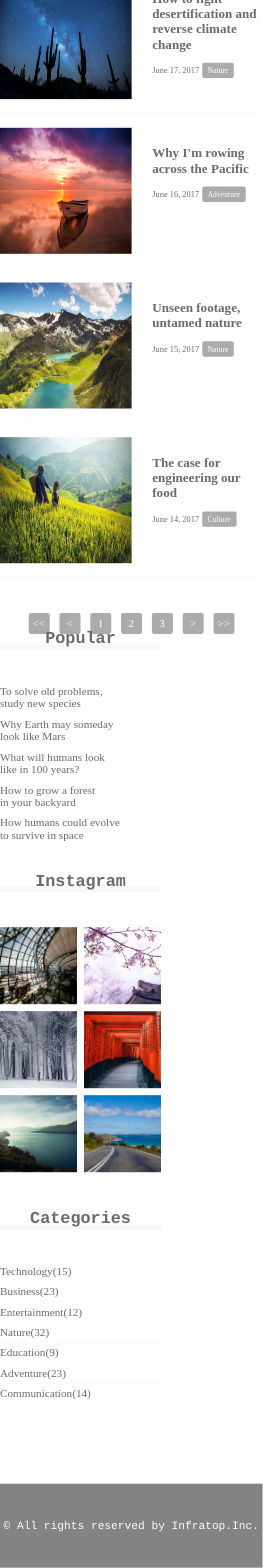
Repository: momopomi/htmlcss
Page: caravan/index.html
The author's editor kept a record of every edit. The page is drawn from the files as they stood at one moment, then again after the next edit.
The browser window is 375 px wide. The pictures show the part of the page from y = 861 to 3101 px (the page is 3101 px tall before and 3001 px after), at 70% of full size.
Some web libraries are served in a nearby version.

Above is the page before.

### caravan/index.html
<!DOCTYPE html>
<html lang="ja">
  <head>
    <meta charset="UTF-8" />
    <script src="https://kit.fontawesome.com/fdb695ff91.js" crossorigin="anonymous"></script>
    <!-- CSSファイルの読み込み -->
    <link rel="stylesheet" href="style.css" />
    <title>CARAVAN</title>
  </head>

  <body>
    <!-- header -->
    <header>
      <h1 class="heading">
        <a href="index.html">CARAVAN</a>
      </h1>
      <div class="social">
        <i class="fab fa-facebook-square"></i>
        <i class="fab fa-twitter-square"></i>
        <i class="fab fa-instagram"></i>
      </div>
    </header>

    <!-- navigation -->
    <nav>
      <ul class="nav-list">
        <li class="nav-list-item">
          <a href="index.html">Home</a>
        </li>
        <li class="nav-list-item">About</li>
        <li class="nav-list-item">Topic</li>
      </ul>
    </nav>

    <!-- main-visual用のdiv -->
    <div class="main-visual">
      <div class="main-visual-content">
        <p class="main-visual-text">
          The world is a book<br />
          and those who do not travel<br />
          read only one page.
        </p>
        <p class="main-visual-name">
          St. Augustine
        </p>
      </div>
    </div>

    <!-- main用のdiv -->
    <main>
      <section class="blog">
        <h2 class="blog-heading">Recent Blogs</h2>
        <div class="blog-box">
          <div class="blog-item">
            <img class="blog-image" src="img/forest.jpg" />
            <section class="blog-text">
              <h3 class="blog-text-heading">
                <a href="single.html">
                  Hopeful lessons from<br />
                  the battle to save<br />
                  rainforests
                </a>
              </h3>
              <p class="blog-date">June 19, 2017</p>
              <span class="category">Nature</span>
            </section>
          </div>
          <div class="blog-item">
            <img class="blog-image" src="img/desert.jpg" />
            <section class="blog-text">
              <h3 class="blog-text-heading">
                <a href="single.html">
                  How to fight<br />
                  desertification and<br />
                  reverse climate change
                </a>
              </h3>
              <p class="blog-date">June 17, 2017</p>
              <span class="category">Nature</span>
            </section>
          </div>
          <div class="blog-item">
            <img class="blog-image" src="img/sunset.jpg" />
            <section class="blog-text">
              <h3 class="blog-text-heading">
                <a href="single.html">
                  Why I'm rowing<br />
                  across the Pacific
                </a>
              </h3>
              <p class="blog-date">June 16, 2017</p>
              <span class="category">Adventure</span>
            </section>
          </div>
          <div class="blog-item">
            <img class="blog-image" src="img/italy.jpg" />
            <section class="blog-text">
              <h3 class="blog-text-heading">
                <a href="single.html">
                  Unseen footage,<br />
                  untamed nature
                </a>
              </h3>
              <p class="blog-date">June 15, 2017</p>
              <span class="category">Nature</span>
            </section>
          </div>
          <div class="blog-item">
            <img class="blog-image" src="img/asia.jpg" />
            <section class="blog-text">
              <h3 class="blog-text-heading">
                <a href="single.html">
                  The case for<br />
                  engineering our food
                </a>
              </h3>
              <p class="blog-date">June 14, 2017</p>
              <span class="category">Culture</span>
            </section>
          </div>
        </div>
        <div class="pagination">
          <p><<</p>
          <p><</p>
          <p>1</p>
          <p>2</p>
          <p>3</p>
          <p>></p>
          <p>>></p>
        </div>
      </section>
      <div class="sidebar">
        <section class="popular">
          <h2 class="popular-heading common-heading">Popular</h2>
          <div class="sidebar-contents">
            <p class="popular-text">
              To solve old problems,<br />study new species
            </p>
            <p class="popular-text">
              Why Earth may someday<br />look like Mars
            </p>
            <p class="popular-text">
              What will humans look<br />like in 100 years?
            </p>
            <p class="popular-text">
              How to grow a forest<br />in your backyard
            </p>
            <p class="popular-text">
              How humans could evolve<br />to survive in space
            </p>
          </div>
        </section>
        <section class="instagram">
          <h2 class="instagram-heading common-heading">Instagram</h2>
          <div class="sidebar-contents">
            <div class="instagram-box"></div>
            <div class="instagram-box"></div>
            <div class="instagram-box"></div>
            <div class="instagram-box"></div>
            <div class="instagram-box"></div>
            <div class="instagram-box"></div>
          </div>
        </section>
        <section class="categories">
          <h2 class="categories-heading common-heading">Categories</h2>
          <div class="sidebar-contents">
            <p class="categories-text">Technology(15)</p>
            <p class="categories-text">Business(23)</p>
            <p class="categories-text">Entertainment(12)</p>
            <p class="categories-text">Nature(32)</p>
            <p class="categories-text">Education(9)</p>
            <p class="categories-text">Adventure(23)</p>
            <p class="categories-text">Communication(14)</p>
          </div>
        </section>
      </div>
    </main>

    <!-- footer -->
    <footer>
      <p class="footer-text">© All rights reserved by Infratop.Inc.</p>
    </footer>
  </body>
</html>

### caravan/style.css
/* ブラウザがそれぞれ持っているCSSをリセットするための記述 */
* {
  margin: 0;
  padding: 0;
  box-sizing: border-box;
  color: #6c6b6b;
}

a {
  text-decoration: none;
}

header, nav, h2, .main-visual, footer {
  font-family: Chalkduster, "Bradley Hand", Courier, "Segoe Print", sans-serif;
}

header {
  width: 90%; /* 横幅90% */
  padding: 15px 0;
  margin: 0 auto;
  text-align: center;
  position: relative;
}

.social {
  position: absolute; /* headerの左上を基準に絶対位置で指定する */
  top: 22px; /* headerの左上から22px下側へ移動する */
  right: 22px; /* headerの右上から22px左側へ移動する */
}

.social i {
  display: inline-block;
  margin-left: 20px;
}

header .heading {
  /* headerタグ内のheadingクラスにのみ反映される */
  font-size: 32px;
}

.nav-list {
  text-align: center;
  padding: 10px 0;
  margin: 0 auto;
}

.nav-list-item {
  list-style: none;
  display: inline-block;
  margin: 0 20px;
}

.main-visual {
  width: 100%; /* 横幅いっぱい */
  height: 300px; /* 高さ300px */
  background-image: url(img/mv.jpg);
  background-size: cover; /* 縦横比を維持したまま背景領域を埋め尽くす */
  background-position: center; /* 背景画像を中央に配置 */
}

.main-visual-content {
  width: 40%; /* 横幅40% */
  height: 300px; /* 親の高さに揃える */
  background-color: rgba(0, 0, 0, 0.5); /* 背景色を半透明の黒にする */
  text-align: center; /* 文字を中央揃えにする */
  padding-top: 105px; /* 上側の内側余白で垂直方向の位置を調整 */
}

.main-visual-text {
  color: #fff; /* 文字色を白に変更 */
}

.main-visual-name {
  margin-top: 30px; /* 上側の外側の余白 */
  color: #fff; /* 文字色を白に変更 */
}

main {
  width: 800px; /* 横幅800px */
  display: flex; /* Flexboxの利用 */
  justify-content: center; /* 要素の横並び・中央寄せ */
  margin: 0 auto; /* 要素の中央揃え */
  padding: 70px 0; /* 上下に70px、左右に0pxの内側余白 */
}

.blog {
  width: 540px;
  margin-right: 30px; /* 領域の右側余白 */
}

.blog-heading {
  border-bottom: 8px solid #f7f7f7;
  text-align: center;
  line-height: 0.6;
}

.blog-box {
  padding-top: 50px;
}

.blog-item {
  padding-bottom: 20px;
  margin-bottom: 20px;
  border-bottom: 1px solid #f7f7f7;
  display: flex;
  justify-content: flex-start;
}

.blog-image {
  height: 180px;
}

.blog-text {
  padding: 25px 0 0 30px;
}

.blog-text-heading {
  padding-bottom: 15px;
}

.blog-date {
  font-size: 12px;
  display: inline-block;
}

.category {
  display: inline-block;
  padding: 5px 8px;
  background-color: #acabab;
  border-radius: 3px;
  color: #fff;
  font-size: 11px;
}

.pagination {
  text-align: center;
  padding-top: 50px;
}

.pagination p {
  display: inline-block;
  width: 30px;
  height: 30px;
  margin: 0 5px;
  color: #fff;
  background-color: #acabab;
  border-radius: 3px;
  line-height: 30px;
}

.sidebar {
  width: 230px;
}

.common-heading {
  border-bottom: 8px solid #f7f7f7;
  text-align: center;
  line-height: 0.6;
}

.sidebar-contents {
  padding: 50px 0;
}

.popular-text,
.categories-text {
  padding-bottom: 5px;
  border-bottom: 1px solid #f7f7f7;
  margin-bottom: 5px;
}

.popular-text:last-child,
.categories-text:last-child {
  margin: 0;
  padding: 0;
  border: none;
}

.instagram .sidebar-contents {
  display: flex;
  flex-wrap: wrap;
}

.instagram-box {
  width: 110px;
  padding-top: 110px;
  background-size: cover;
  background-position: center;
  margin-bottom: 10px;
}

.instagram-box:nth-child(odd) {
  margin: 0 10px 10px 0;
}

.instagram-box:nth-child(1) {
  background-image: url(img/airport.jpg);
}

.instagram-box:nth-child(2) {
  background-image: url(img/japan.jpg);
}

.instagram-box:nth-child(3) {
  background-image: url(img/snow.jpg);
}

.instagram-box:nth-child(4) {
  background-image: url(img/japan2.jpg);
}

.instagram-box:nth-child(5) {
  background-image: url(img/lake.jpg);
}

.instagram-box:nth-child(6) {
  background-image: url(img/road.jpg);
}

footer {
  width: 100%;
  height: 120px;
  text-align: center;
  line-height: 120px;
  background-color: #848282;
}

.footer-text {
  color: #fff;
}

@media screen and (max-width: 425px) {
  header {
    width: 100%;/* 横幅100% */
  }

  .social {
    position: static; /* センターで指定する */
  }

  .nav-list-item {
    display: block;
  }

  .main-visual-content {
    width: 100%; /* 横幅100% */
  }

  main {
    width: 100%; /* 横幅100% */
    display: block;
  }

  .blog {
    width: 100%; /* 横幅100% */
  }

  .blog-image {
    width: 50%;
  }

  .pagination {
    text-align: center;
    padding-top: 30px;
  }

  .pagination p {
    display: inline-block;
    width: 30px;
    height: 30px;
    margin: 0 5px;
    color: #fff;
    background-color: #acabab;
    border-radius: 3px;
    line-height: 30px;
  }

  .sidebar {
    width: 230px;
  }

  .common-heading {
    border-bottom: 8px solid #f7f7f7;
    text-align: center;
    line-height: 0.6;
  }

  .sidebar-contents {
    padding: 50px 0;
  }

  .popular-text,
  .categories-text {
    padding-bottom: 5px;
    border-bottom: 1px solid #f7f7f7;
    margin-bottom: 5px;
  }

  .popular-text:last-child,
  .categories-text:last-child {
    margin: 0;
    padding: 0;
    border: none;
  }

  .instagram .sidebar-contents {
    display: flex;
    flex-wrap: wrap;
  }

  .instagram-box {
    width: 110px;
    padding-top: 110px;
    background-size: cover;
    background-position: center;
    margin-bottom: 10px;
  }

  .instagram-box:nth-child(odd) {
    margin: 0 10px 10px 0;
  }

  .instagram-box:nth-child(1) {
    background-image: url(img/airport.jpg);
  }

  .instagram-box:nth-child(2) {
    background-image: url(img/japan.jpg);
  }

  .instagram-box:nth-child(3) {
    background-image: url(img/snow.jpg);
  }

  .instagram-box:nth-child(4) {
    background-image: url(img/japan2.jpg);
  }

  .instagram-box:nth-child(5) {
    background-image: url(img/lake.jpg);
  }

  .instagram-box:nth-child(6) {
    background-image: url(img/road.jpg);
  }

  footer {
    width: 100%;
    height: 120px;
    text-align: center;
    line-height: 120px;
    background-color: #848282;
  }

  .footer-text {
    color: #fff;
  }
}

After the next edit:
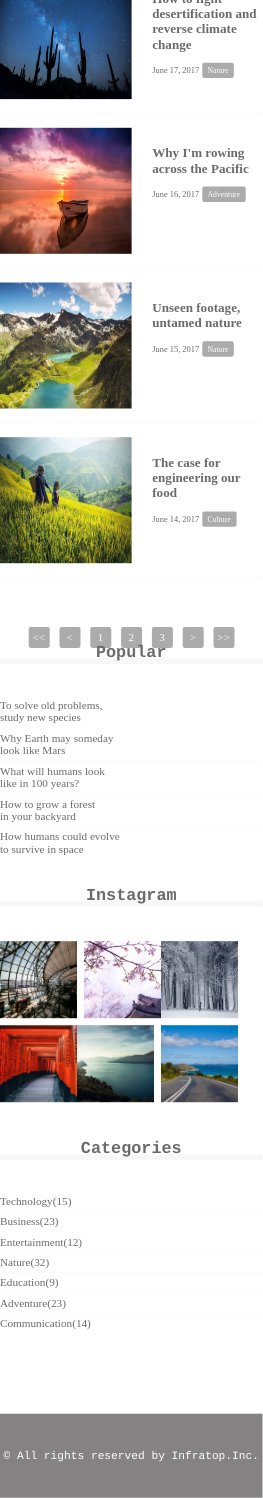
The edit:
--- a/caravan/style.css
+++ b/caravan/style.css
@@ -259,24 +259,8 @@
     width: 50%;
   }
 
-  .pagination {
-    text-align: center;
-    padding-top: 30px;
-  }
-
-  .pagination p {
-    display: inline-block;
-    width: 30px;
-    height: 30px;
-    margin: 0 5px;
-    color: #fff;
-    background-color: #acabab;
-    border-radius: 3px;
-    line-height: 30px;
-  }
-
   .sidebar {
-    width: 230px;
+    width: 100%;
   }
 
   .common-heading {
